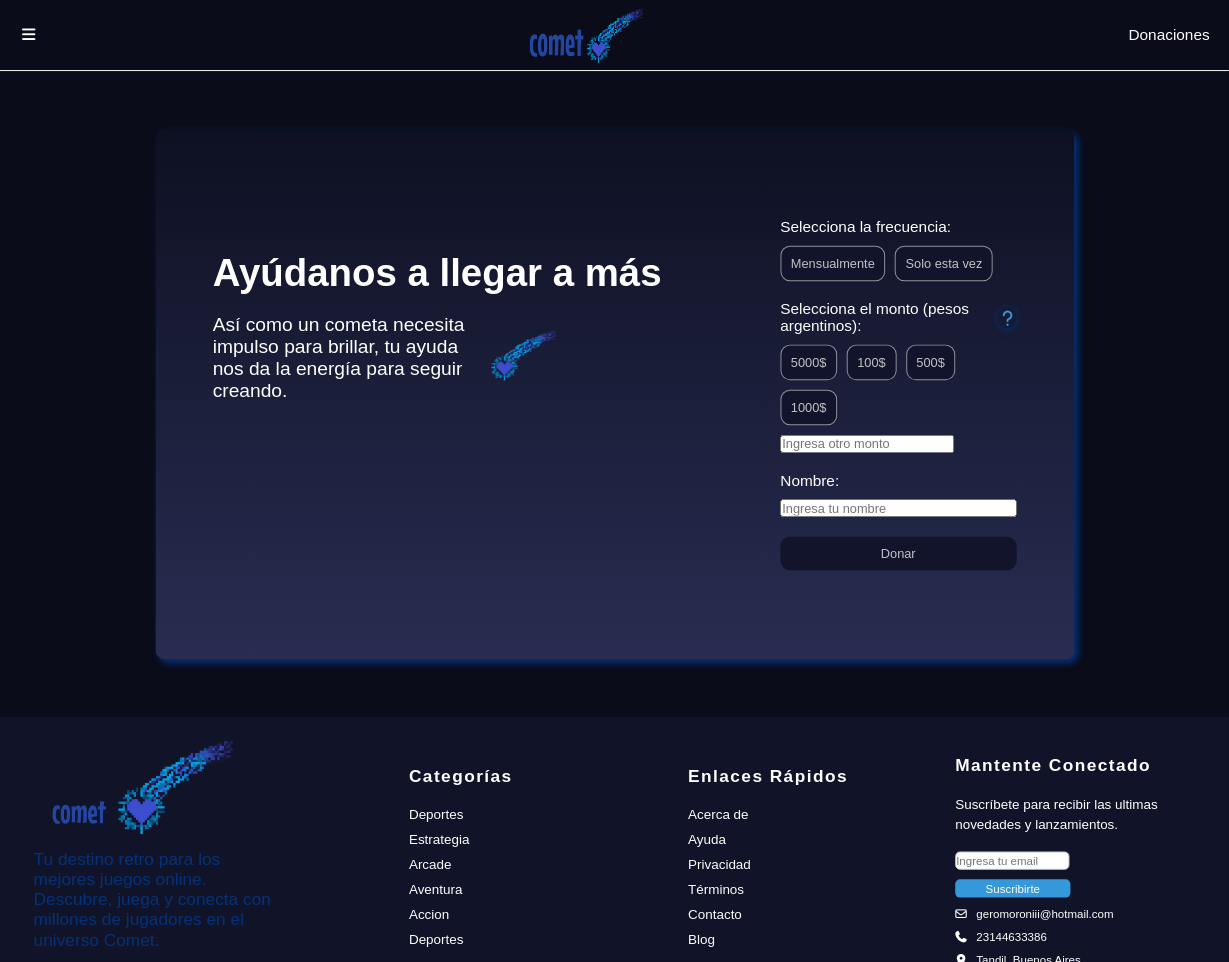
Repository: NahuCaporale/Interfaces
Page: TP2/donaciones.html
These files come from the project's save history. The page is drawn as it stood at one moment and after the next save; the edit follows.
The browser window is 1280 px wide. The pictures show the whole page, at 96% of full size.
Some web fonts or font styles are not loaded; a fallback is used. Some web libraries are served in a nearby version.

Above is the page before, as saved 2025-09-29 21:13:16.

After the next save:
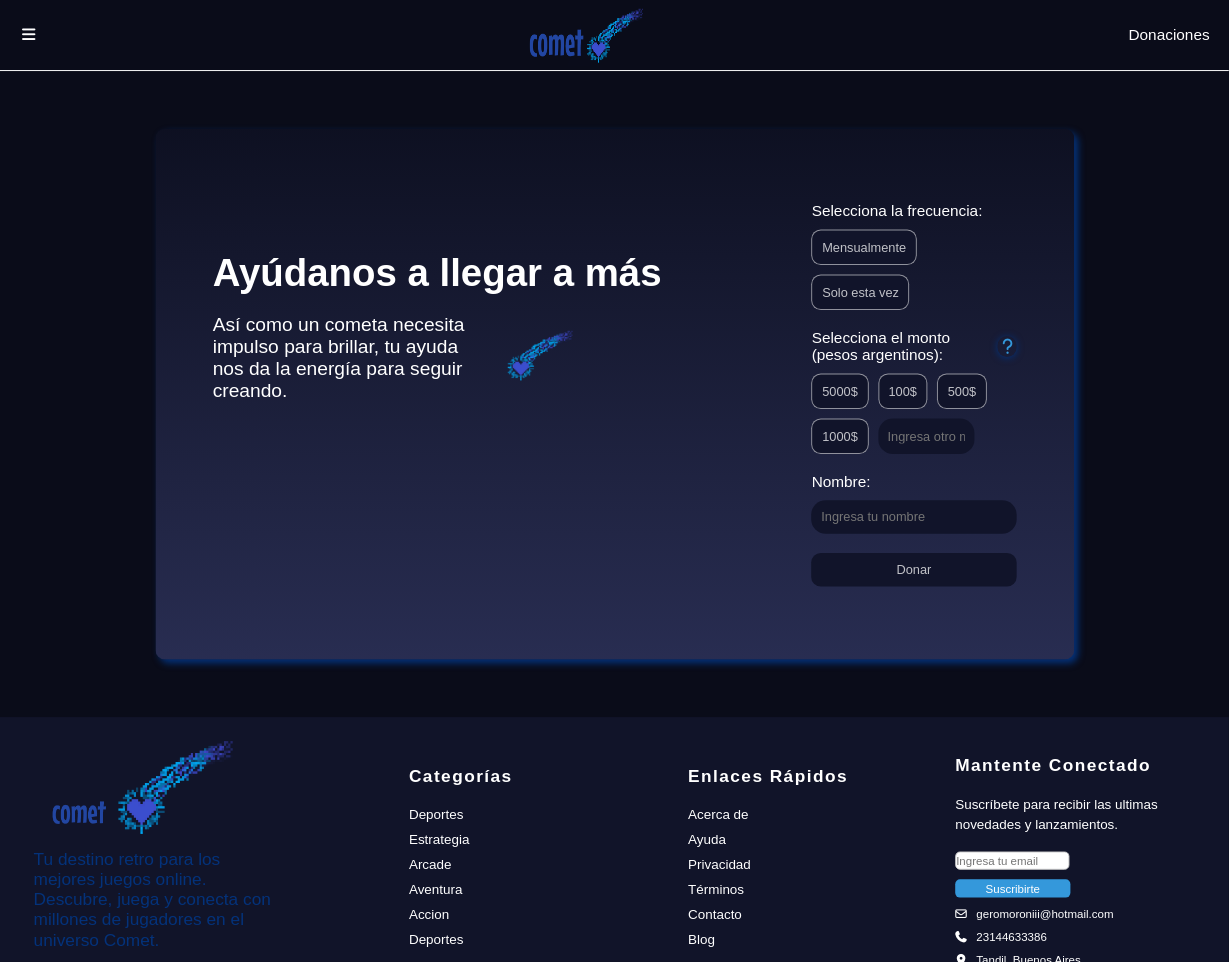
Saved 1 s later.
--- a/TP2/donaciones.css
+++ b/TP2/donaciones.css
@@ -90,7 +90,14 @@ body{
     color: rgba(255, 255, 255, 0.616);
 }
 
-.otro
+.otro-monto{
+    width: 100px;
+    padding: 10px;
+    border-radius: 5px;
+    background-color: #11142A;
+    border: 1px solid #ccc;
+    color: rgba(255, 255, 255, 0.616);
+}
 
 .donaciones-form input {
     padding: 10px;
